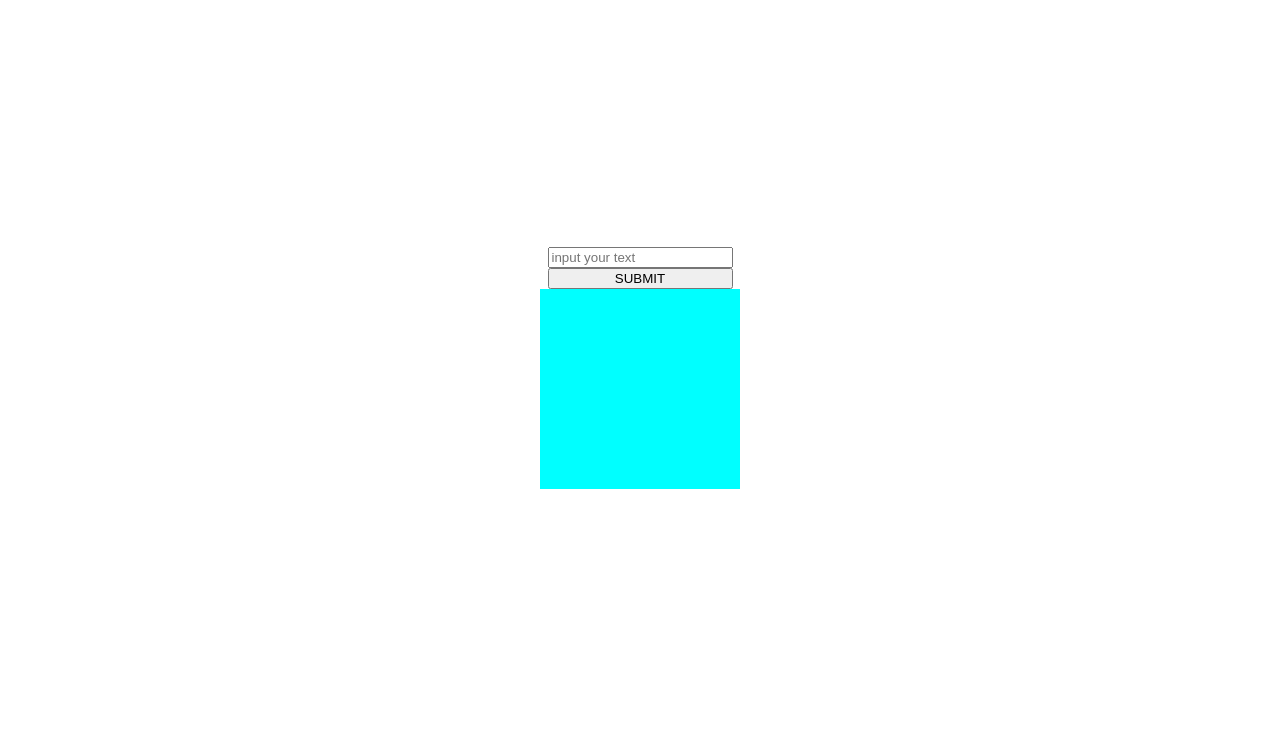
Repository: haykgrigoryan077/wheater-forecast
Page: /
An editor plug-in stored every save of this project. The page is shown before and after the next save, followed by the edit.
The browser window is 1280 px wide. The pictures show the whole page.
The page's requests for data from a server got no answer. The project was rebuilt for these pictures with package versions that can differ from the ones it lists, and the page was loaded fresh each time. No one was signed in, and anything a server would have sent is missing. Also part of the build but not shown: src/index.css.

Above is the page before, as saved 2022-08-25 16:09:55.

After the next save:
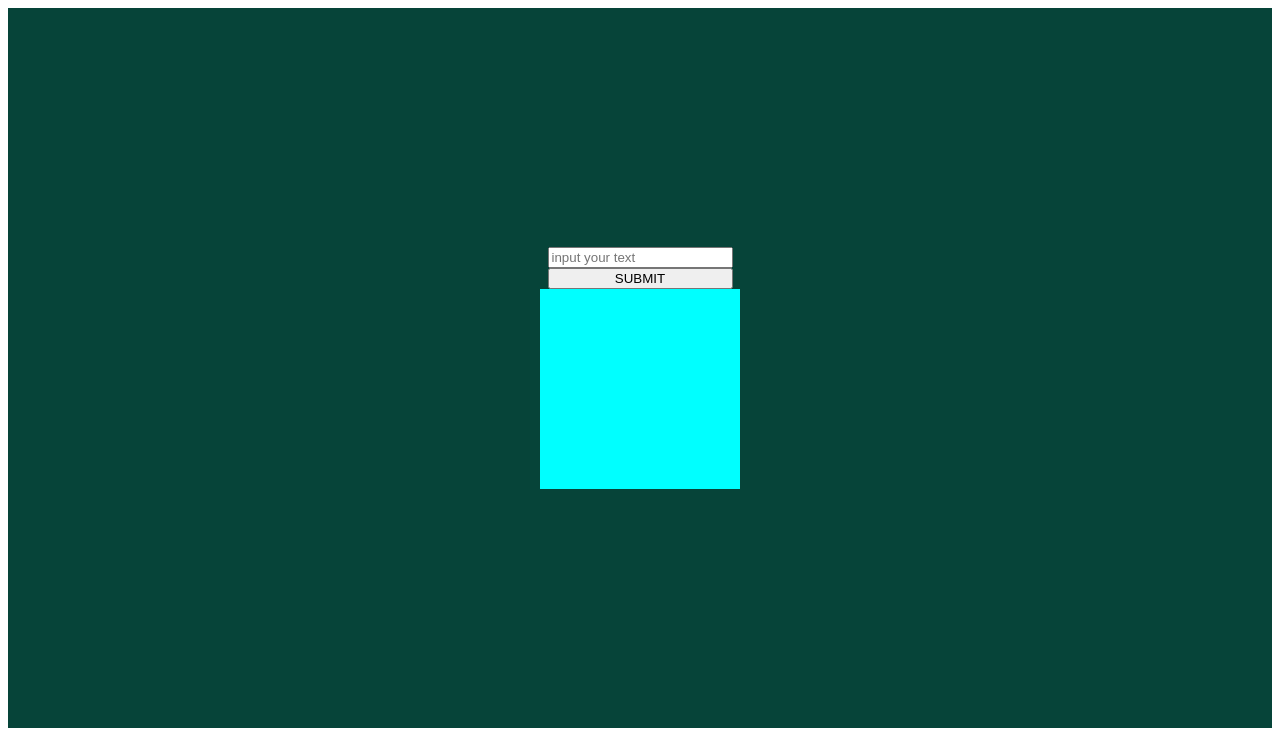
Saved 2 min 13 s later.
--- a/src/App.css
+++ b/src/App.css
@@ -5,4 +5,5 @@
   flex-direction: column;
   justify-content: center;
   align-items: center;
+  background-color: #064439;
 }
